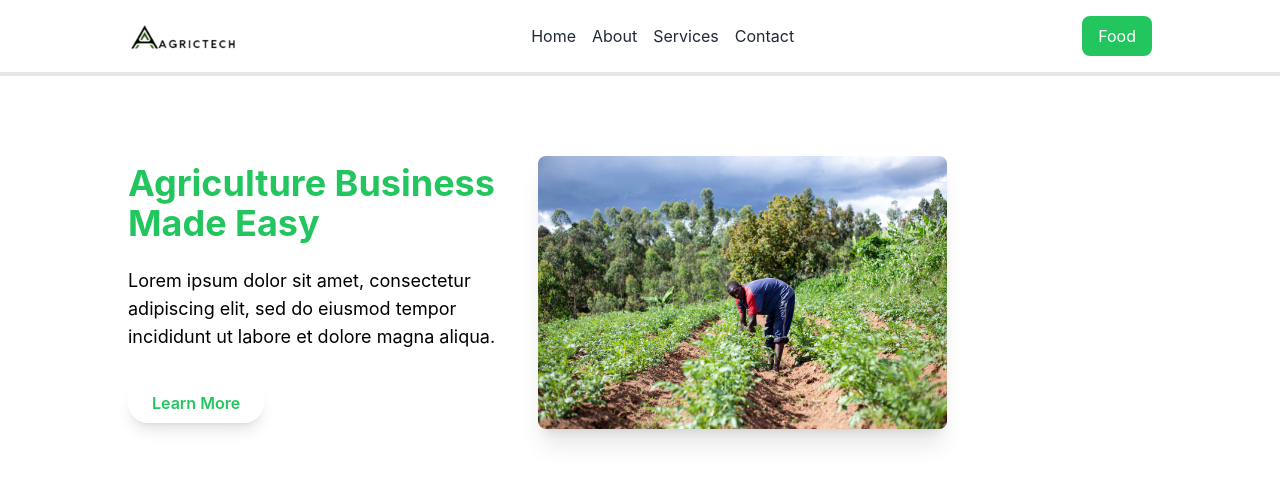
Repository: akinolapo/agric-tech
Page: /
These files come from the project's save history. The page is drawn as it stood at one moment and after a run of saves; the edit follows.
The browser window is 1280 px wide. The pictures show the whole page.
The project was rebuilt for these pictures with package versions that can differ from the ones it lists, and the page was loaded fresh each time.

Above is the page before, as saved 2023-05-27 00:13:16.

### src/App.js
import React from 'react'
import Header from './components/Header'
import Hero from './components/Hero'

const App = () => {
  return (
    <div>
      <Header/>
      <Hero/>
    </div>
  )
}

export default App

### src/components/Header.jsx
import React, { useState } from 'react';

const Header = () => {
  const [isMenuOpen, setIsMenuOpen] = useState(false);

  const toggleMenu = () => {
    setIsMenuOpen(!isMenuOpen);
  };

  const closeMenu = () => {
    setIsMenuOpen(false);
  };

  return (
    <header className="bg-white border-b-4">
      <div className="container mx-auto flex justify-between items-center py-4 px-5 sm:px-32">
        <div className="flex items-center">
          <img
            src={process.env.PUBLIC_URL+`media/logo.png`}
            alt="Logo"
            className="h-8 w-auto"
          />
        </div>
        <div className="hidden md:flex space-x-4">
          <a href="#" className="text-gray-800 hover:text-gray-600">Home</a>
          <a href="#" className="text-gray-800 hover:text-gray-600">About</a>
          <a href="#" className="text-gray-800 hover:text-gray-600">Services</a>
          <a href="#" className="text-gray-800 hover:text-gray-600">Contact</a>
        </div>
        <div className="md:hidden">
          <button
            type="button"
            className="flex items-center p-2 rounded-md text-gray-800 hover:text-gray-600 focus:outline-none"
            onClick={toggleMenu}
          >
            <svg
              xmlns="http://www.w3.org/2000/svg"
              className="h-6 w-6"
              fill="none"
              viewBox="0 0 24 24"
              stroke="currentColor"
            >
              <path
                strokeLinecap="round"
                strokeLinejoin="round"
                strokeWidth="2"
                d="M4 6h16M4 12h16M4 18h16"
              />
            </svg>
          </button>

        </div>
        <div className="hidden md:block">
          <button
            type="button"
            className="bg-green-500 text-white rounded-lg py-2 px-4"
          >
            Food
          </button>
        </div>
      </div>
      <div>
          {isMenuOpen && (
            <div className="mt-2 w-full">
              <ul className="bg-white border rounded-md divide-y divide-gray-200 shadow-md">
                <li className="py-2 px-4">
                  <a href="#" className="text-gray-800 hover:text-gray-600">Home</a>
                </li>
                <li className="py-2 px-4">
                  <a href="#" className="text-gray-800 hover:text-gray-600">About</a>
                </li>
                <li className="py-2 px-4">
                  <a href="#" className="text-gray-800 hover:text-gray-600">Services</a>
                </li>
                <li className="py-2 px-4">
                  <a href="#" className="text-gray-800 hover:text-gray-600">Contact</a>
                </li>
                <li className="py-2 px-4">
                  <button
                    type="button"
                    className="bg-green-500 text-white rounded-lg py-2 px-4 w-full"
                  >
                    Food
                  </button>
                </li>
              </ul>
              <div className="absolute top-0 right-0 p-2">
              </div>
            </div>
          )}
          </div>
    </header>
  );
};

export default Header;

### src/components/Hero.jsx
import React from 'react';

const Hero = () => {
  return (
    <section className="bg-white text-black py-20 px-5 sm:px-32">
      <div className="container mx-auto flex flex-col lg:flex-row items-center">
        <div className="lg:w-2/5">
          <h1 className="text-4xl font-bold mb-6 text-green-500">Agriculture Business Made Easy</h1>
          <p className="text-lg mb-8">Lorem ipsum dolor sit amet, consectetur adipiscing elit, sed do eiusmod tempor incididunt ut labore et dolore magna aliqua.</p>
          <button className="bg-white text-green-500 py-2 px-6 rounded-full font-semibold shadow-lg hover:shadow-xl transition duration-300">Learn More</button>
        </div>
        <div className="lg:w-2/5">
          <img src={process.env.PUBLIC_URL+`media/hero.jpg`}alt="Agriculture" className="rounded-lg shadow-xl" />
        </div>
      </div>
    </section>
  );
};

export default Hero;

Loaded but not shown: public/index.html (common file); src/index.js (common file); src/index.css (common file); tailwind.config.js (common file)

After the next 2 saves:
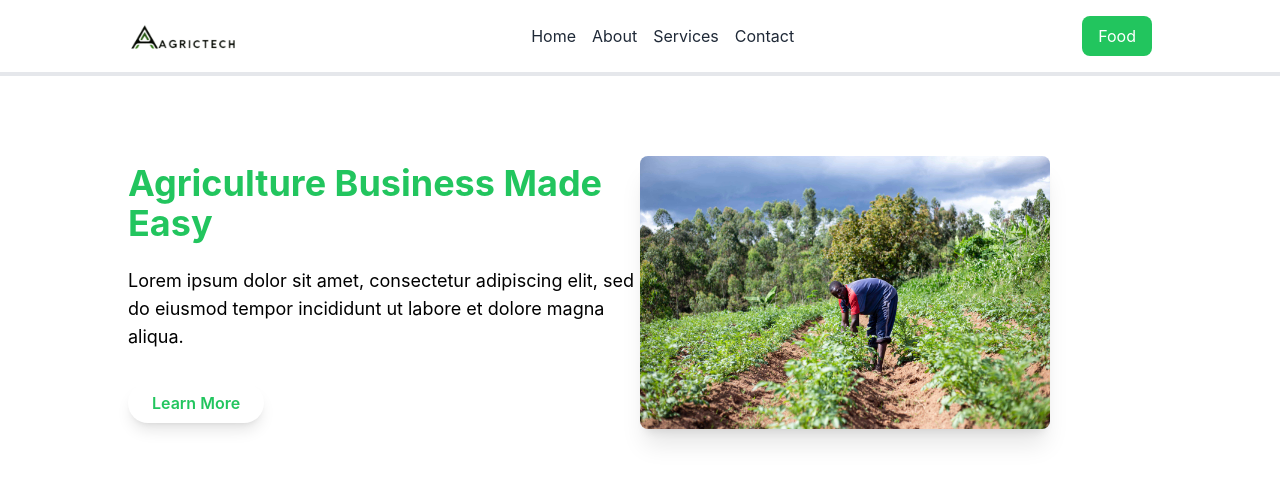
The 2 saves are shown as one change because they came seconds apart.
The last was saved 2 min 5 s later.
--- a/src/components/Hero.jsx
+++ b/src/components/Hero.jsx
@@ -4,7 +4,7 @@ const Hero = () => {
   return (
     <section className="bg-white text-black py-20 px-5 sm:px-32">
       <div className="container mx-auto flex flex-col lg:flex-row items-center">
-        <div className="lg:w-2/5">
+        <div className="lg:w-1/2">
           <h1 className="text-4xl font-bold mb-6 text-green-500">Agriculture Business Made Easy</h1>
           <p className="text-lg mb-8">Lorem ipsum dolor sit amet, consectetur adipiscing elit, sed do eiusmod tempor incididunt ut labore et dolore magna aliqua.</p>
           <button className="bg-white text-green-500 py-2 px-6 rounded-full font-semibold shadow-lg hover:shadow-xl transition duration-300">Learn More</button>
